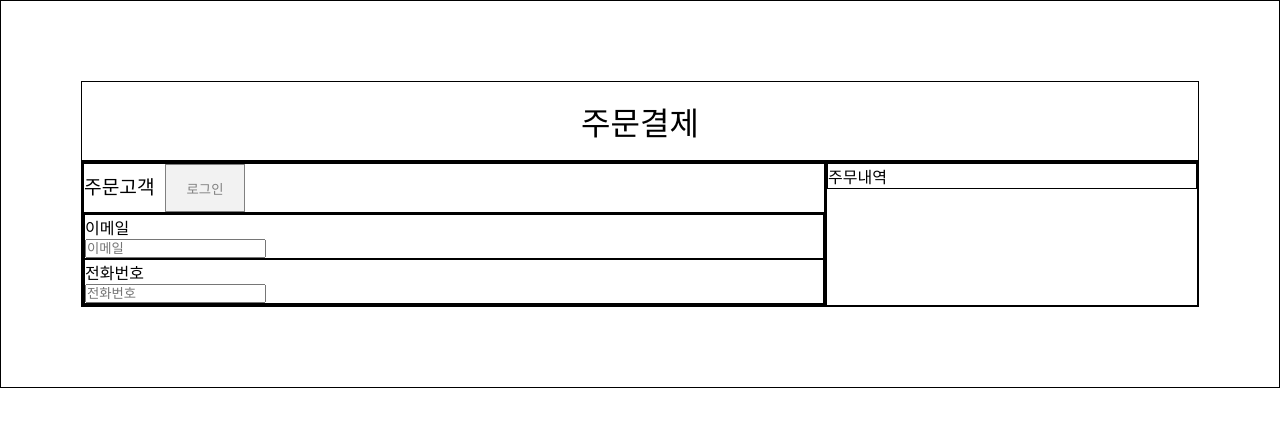
Repository: seungsu12/carrot
Page: http://localhost/carrot/orderform.jsp
The author's editor kept a copy of each file at every save. The page is drawn from the files as they stood at one save, then again after the next save.
The browser window is 1280 px wide. The pictures show the whole page.
The page is served by Tomcat 9.

Above is the page before, as saved 2021-09-09 02:25:53.

After the next save:
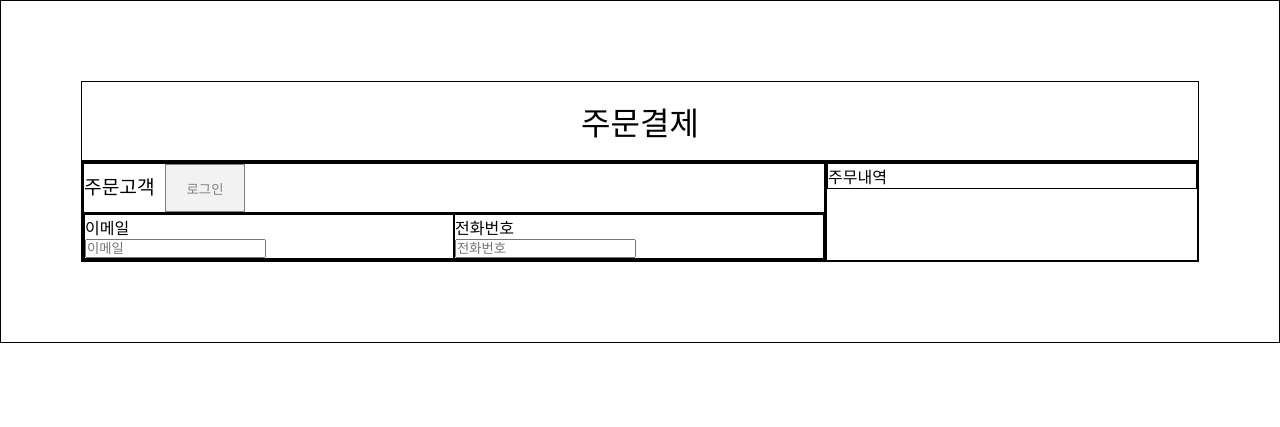
Saved 41 s later.
--- a/carrot/WebContent/orderform.jsp
+++ b/carrot/WebContent/orderform.jsp
@@ -40,7 +40,7 @@ div{
 }
 .order_main_input_wrapper{
 	display : grid;
-	grid-template-column : 1fr 1fr;
+	grid-template-columns : 1fr 1fr;
 }
 </style>
 </head>
